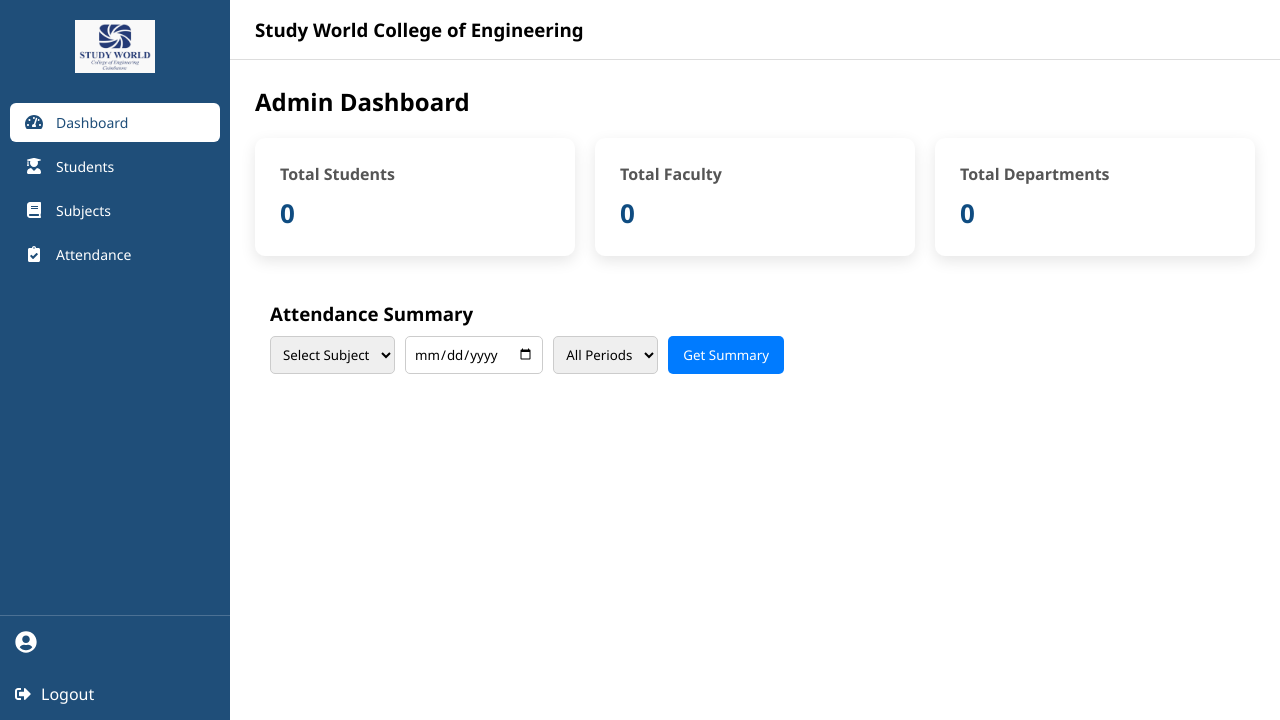
Repository: arthanarieswara/frontend
Page: /dashboard
The author's editor kept a copy of each file at every save. The page is drawn from the files as they stood at one save, then again after the next save.
The browser window is 1280 px wide. The pictures show the whole page.
The page's requests for data from a server got no answer. The project was rebuilt for these pictures with package versions that can differ from the ones it lists, and the page was loaded fresh each time. No one was signed in, and anything a server would have sent is missing. Also part of the build but not shown: vite.config.js, src/pages/auth/Login.jsx, src/pages/departments/Departments.css, src/pages/departments/Departments.jsx, src/pages/students/Students.css, src/pages/students/Students.jsx, src/pages/faculty/Faculty.css, src/pages/faculty/Faculty.jsx and 8 more.

Above is the page before, as saved 2026-03-30 14:28:20.

### index.html
<!doctype html>
<html lang="en">
  <head>
    <meta charset="UTF-8" />
    <link rel="icon" type="image/svg+xml" href="/college-logo.png" />
    <meta name="viewport" content="width=device-width, initial-scale=1.0" />
    <title>SWCE</title>
  </head>
  <body>
    <div id="root"></div>
    <script type="module" src="/src/main.jsx"></script>
  </body>
</html>

### src/App.jsx
import AppRoutes from "./routes/AppRoutes";

function App() {
  return <AppRoutes />;
}

export default App;

### src/routes/AppRoutes.jsx
import { BrowserRouter, Routes, Route } from "react-router-dom";

import Login from "../pages/auth/Login";
import Dashboard from "../pages/dashboard/Dashboard";
import Departments from "../pages/departments/Departments";
import Students from "../pages/students/Students";
import Faculty from "../pages/faculty/Faculty";
import Subjects from "../pages/Subjects/Subjects";
import Attendance from "../pages/Attendance/Attendance";
import Users from "../pages/users/Users";
import UserMapping from "../pages/UserMapping/UserMapping"; // ✅ NEW
function AppRoutes() {
  return (
    <BrowserRouter>
      <Routes>
        <Route path="/" element={<Login />} />
        <Route path="/dashboard" element={<Dashboard />} />
        <Route path="/departments" element={<Departments />} />
        <Route path="/students" element={<Students />} />
        <Route path="/faculty" element={<Faculty />} />
        <Route path="/subjects" element={<Subjects />} />
        <Route path="/attendance" element={<Attendance />} />
        <Route path="/users" element={<Users />} />

        {/* ✅ NEW ROUTE */}
        <Route path="/mapping" element={<UserMapping />} />
      </Routes>
    </BrowserRouter>
  );
}

export default AppRoutes;

### src/pages/dashboard/Dashboard.jsx
import { useEffect, useState } from "react";
import Layout from "../../components/Layout";
import api from "../../api/api";
import "./Dashboard.css";

function Dashboard() {
  const [data, setData] = useState({
    students: 0,
    faculty: 0,
    departments: 0,
  });

  const [subjects, setSubjects] = useState([]);
  const [subject, setSubject] = useState("");
  const [date, setDate] = useState("");
  const [period, setPeriod] = useState("");

  const [attendanceSummary, setAttendanceSummary] = useState(null);
  const [summaryType, setSummaryType] = useState("");

  /* ================= INIT ================= */

  useEffect(() => {
    fetchDashboard();
    fetchSubjects();
  }, []);

  const fetchDashboard = async () => {
    try {
      const res = await api.get("/dashboard/admin");
      setData(res.data);
    } catch (err) {
      console.log(err);
    }
  };

  const fetchSubjects = async () => {
    try {
      const res = await api.get("/subjects");
      setSubjects(res.data || []);
    } catch (err) {
      console.log(err);
    }
  };

  /* ================= FETCH SUMMARY ================= */

  const getAttendanceSummary = async () => {
    if (!subject || !date) {
      alert("Select subject and date");
      return;
    }

    try {
      let url = `/attendance/summary?subject_id=${subject}&date=${date}`;

      if (period) {
        url += `&period=${period}`;
      }

      const res = await api.get(url);

      setAttendanceSummary(res.data);
      setSummaryType(res.data.type);
    } catch (err) {
      console.error(err);
      alert("Failed to fetch attendance summary");
    }
  };

  return (
    <Layout>
      <div className="dashboard">
        <h2>Admin Dashboard</h2>

        {/* ================= MAIN CARDS ================= */}
        <div className="cards">
          <div className="card">
            <h3>Total Students</h3>
            <p>{data.students}</p>
          </div>

          <div className="card">
            <h3>Total Faculty</h3>
            <p>{data.faculty}</p>
          </div>

          <div className="card">
            <h3>Total Departments</h3>
            <p>{data.departments}</p>
          </div>
        </div>

        {/* ================= ATTENDANCE FILTER ================= */}
        <div className="attendance-filter-section">
          <h3>Attendance Summary</h3>

          <div className="filters">
            {/* SUBJECT */}
            <select
              value={subject}
              onChange={(e) => setSubject(e.target.value)}
            >
              <option value="">Select Subject</option>
              {subjects.map((s) => (
                <option key={s.id} value={s.id}>
                  {s.name}
                </option>
              ))}
            </select>

            {/* DATE */}
            <input
              type="date"
              value={date}
              onChange={(e) => setDate(e.target.value)}
            />

            {/* PERIOD */}
            <select value={period} onChange={(e) => setPeriod(e.target.value)}>
              <option value="">All Periods</option>
              {[1, 2, 3, 4, 5, 6, 7, 8].map((p) => (
                <option key={p} value={p}>
                  Period {p}
                </option>
              ))}
            </select>

            <button onClick={getAttendanceSummary}>Get Summary</button>
          </div>
        </div>

        {/* ================= SINGLE PERIOD RESULT ================= */}
        {attendanceSummary && summaryType === "single" && (
          <div className="cards">
            <div className="card">
              <h3>Present</h3>
              <p>{attendanceSummary.data.present_count}</p>
            </div>

            <div className="card">
              <h3>Absent</h3>
              <p>{attendanceSummary.data.absent_count}</p>
            </div>

            <div className="card">
              <h3>Total</h3>
              <p>{attendanceSummary.data.total_students}</p>
            </div>
          </div>
        )}

        {/* ================= ALL PERIOD RESULT ================= */}
        {attendanceSummary && summaryType === "all" && (
          <>
            {/* PERIOD TABLE */}
            <table className="attendance-table">
              <thead>
                <tr>
                  <th>Period</th>
                  <th>Present</th>
                  <th>Absent</th>
                  <th>Total</th>
                </tr>
              </thead>

              <tbody>
                {attendanceSummary.periods.map((p) => (
                  <tr key={p.period}>
                    <td>Period {p.period}</td>
                    <td>{p.present_count}</td>
                    <td>{p.absent_count}</td>
                    <td>{p.total_students}</td>
                  </tr>
                ))}
              </tbody>
            </table>

            {/* TOTAL CARDS */}
            <div className="cards">
              <div className="card">
                <h3>Total Present</h3>
                <p>{attendanceSummary.total.present_count}</p>
              </div>

              <div className="card">
                <h3>Total Absent</h3>
                <p>{attendanceSummary.total.absent_count}</p>
              </div>

              <div className="card">
                <h3>Total Students</h3>
                <p>{attendanceSummary.total.total_students}</p>
              </div>
            </div>
          </>
        )}
      </div>
    </Layout>
  );
}

export default Dashboard;

### src/api/api.js
import axios from "axios";

const api = axios.create({
  baseURL: "http://localhost:5000/api",
});

/* ✅ Attach token automatically */
api.interceptors.request.use((config) => {
  const token = localStorage.getItem("token");

  if (token) {
    config.headers.Authorization = `Bearer ${token}`;
  }

  return config;
});

export default api;

### src/pages/auth/Login.css
*{
  margin:0;
  padding:0;
  box-sizing:border-box;
  font-family:"Segoe UI",sans-serif;
}

/* ANIMATED BACKGROUND */

.login-wrapper{
  height:100vh;
  display:flex;
  justify-content:center;
  align-items:center;
  background:linear-gradient(270deg,#0f4c81,#3a8bfd,#1a6ed8);
  background-size:600% 600%;
  animation:gradientBG 10s ease infinite;
}

@keyframes gradientBG{
  0%{background-position:0% 50%}
  50%{background-position:100% 50%}
  100%{background-position:0% 50%}
}

/* LOGIN CARD */

.login-card{
  width:420px;
  padding:40px;
  border-radius:12px;
  background:rgba(255,255,255,0.15);
  backdrop-filter:blur(15px);
  box-shadow:0 15px 40px rgba(0,0,0,0.3);
  text-align:center;
  color:white;
}

/* COLLEGE HEADER */

.college-logo{
  width:70px;
  margin-bottom:10px;
}

.college-header h1{
  font-size:20px;
  margin-bottom:5px;
}

.college-header p{
 font-size:13px;
  opacity:0.9;
}

.college-header span{
  font-size:12px;
  opacity:0.8;
}

.college-header{
  margin-bottom:30px;
}

/* INPUT GROUP */

.input-group{

  position:relative;
  margin-bottom:20px;
}

.input-group input{
  width:100%;
  padding:12px;
  border:none;
  border-radius:6px;
  outline:none;
  font-size:14px;
}

/* FLOATING LABEL */

.input-group label{
  position:absolute;
  left:12px;
  top:50%;
  transform:translateY(-50%);
  color:#000000;
  font-size:14px;
  pointer-events:none;
  transition:0.3s;
}

.input-group input:focus + label,
.input-group input:not(:placeholder-shown) + label{
  top:-8px;
  /* background:white; */
  padding:0 5px;
  font-size:15px;
  color:white;
}

/* PASSWORD ICON */

.password-group{
 position:relative;
}

.eye-icon{
  position:absolute;
  right:10px;
  top:50%;
  transform:translateY(-50%);
  cursor:pointer;
  color:#444;
}

/* BUTTON */

.login-btn{
  width:100%;
  padding:12px;
  border:none;
  border-radius:6px;
  background:white;
  color:#0f4c81;
  font-size:16px;
  font-weight:bold;
  cursor:pointer;
  transition:all 0.3s;
}

.login-btn:hover{
  transform:translateY(-2px);
  box-shadow:0 5px 15px rgba(0,0,0,0.3);
}

### src/components/Layout.jsx
import { useState } from "react";
import Sidebar from "./Sidebar";
import Navbar from "./Navbar";

function Layout({ children }) {

  const [collapsed,setCollapsed] = useState(false);

  return (

    <div style={{display:"flex"}}>

      <Sidebar collapsed={collapsed} />

      <div style={{flex:1}}>

        <Navbar toggleSidebar={()=>setCollapsed(!collapsed)} />

        <div style={{padding:"25px"}}>
          {children}
        </div>

      </div>

    </div>

  );

}

export default Layout;

### src/pages/dashboard/Dashboard.css
.dashboard h2 {
  margin-bottom: 20px;
}

.cards {
  display: grid;

  grid-template-columns: repeat(auto-fit, minmax(220px, 1fr));

  gap: 20px;
}

.card {
  background: white;

  padding: 25px;

  border-radius: 10px;

  box-shadow: 0 5px 15px rgba(0, 0, 0, 0.1);

  transition: 0.3s;
}

.card:hover {
  transform: translateY(-5px);
}

.card h3 {
  font-size: 16px;

  margin-bottom: 10px;

  color: #555;
}

.card p {
  font-size: 26px;

  font-weight: bold;

  color: #0f4c81;
}

/* Attendance Filter Section */
.attendance-filter-section {
  margin-top: 30px;
  background: #fff;
  padding: 15px;
  border-radius: 8px;
}

.filters {
  display: flex;
  gap: 10px;
  margin-top: 10px;
}

.filters select,
.filters input {
  padding: 8px;
  border: 1px solid #ccc;
  border-radius: 5px;
}

.filters button {
  background: #007bff;
  color: white;
  border: none;
  padding: 8px 15px;
  border-radius: 5px;
  cursor: pointer;
}

.filters button:hover {
  background: #0056b3;
}

/* Attendance Table */.attendance-table {
  width: 100%;
  border-collapse: collapse;
  margin-top: 20px;
}

.attendance-table th,
.attendance-table td {
  border: 1px solid #ddd;
  padding: 10px;
  text-align: center;
}

.attendance-table th {
  background-color: #2c3e50;
  color: white;
}

### src/components/Sidebar.jsx
import { NavLink, useNavigate } from "react-router-dom";
import {
  FaTachometerAlt,
  FaUniversity,
  FaUserGraduate,
  FaChalkboardTeacher,
  FaBook,
  FaClipboardCheck,
  FaSignOutAlt,
  FaUserCircle,
  FaUsers,
  FaProjectDiagram,
} from "react-icons/fa";

import "./Sidebar.css";

function Sidebar({ collapsed }) {
  const navigate = useNavigate();

  const user = JSON.parse(localStorage.getItem("user"));
  const role = user?.role;

  const handleLogout = () => {
    localStorage.removeItem("token");
    localStorage.removeItem("user");
    navigate("/");
  };

  return (
    <div className="main-content">
      <div className={`sidebar ${collapsed ? "collapsed" : ""}`}>
        <div className="sidebar-header">
          <img src="/college-logo.png" className="sidebar-logo" />
        </div>

        <nav className="menu">
          {/* COMMON (ADMIN + FACULTY) */}
          <NavLink to="/dashboard" className="menu-item">
            <FaTachometerAlt />
            <span>Dashboard</span>
          </NavLink>

          <NavLink to="/students" className="menu-item">
            <FaUserGraduate />
            <span>Students</span>
          </NavLink>

          <NavLink to="/subjects" className="menu-item">
            <FaBook />
            <span>Subjects</span>
          </NavLink>

          <NavLink to="/attendance" className="menu-item">
            <FaClipboardCheck />
            <span>Attendance</span>
          </NavLink>

          {/* ADMIN ONLY */}
          {role === "Admin" && (
            <>
              <NavLink to="/departments" className="menu-item">
                <FaUniversity />
                <span>Departments</span>
              </NavLink>

              <NavLink to="/faculty" className="menu-item">
                <FaChalkboardTeacher />
                <span>Faculty</span>
              </NavLink>

              <NavLink to="/users" className="menu-item">
                <FaUsers />
                <span>Users</span>
              </NavLink>

              <NavLink to="/mapping" className="menu-item">
                <FaProjectDiagram />
                <span>Mapping</span>
              </NavLink>
            </>
          )}
        </nav>

        {/* PROFILE + LOGOUT */}

        <div className="bottom-section">
          <div className="profile">
            <FaUserCircle className="profile-icon" />
            <span>{role}</span>
          </div>

          <div className="logout" onClick={handleLogout}>
            <FaSignOutAlt />
            <span>Logout</span>
          </div>
        </div>
      </div>
    </div>
  );
}

export default Sidebar;

### src/components/Navbar.jsx
import { FaBars } from "react-icons/fa";
import "./Navbar.css";

function Navbar({ toggleSidebar }) {

    return (

        <div className="navbar">

            {/* <FaBars className="toggle-btn" onClick={toggleSidebar} /> */}

            <h3>Study World College of Engineering</h3>

        </div>

    )

}

export default Navbar;

### src/components/Sidebar.css
.sidebar {
  width: 230px;
  height: 100vh;
  background: #1f4e79;
  color: white;
  display: flex;
  flex-direction: column;
  justify-content: space-between;
  position: fixed;
  left: 0;
  top: 0;
}

/* HEADER */

.sidebar-header {
  display: flex;
  justify-content: center;
  align-items: center;
  padding: 20px 10px;
}

.sidebar-logo {
  width: 80px;
  object-fit: contain;
}

/* MENU */

.menu {
  display: flex;
  flex-direction: column;
  gap: 5px;
  padding: 10px;
}

/* MENU ITEM */

.menu-item {
  display: flex;
  align-items: center;
  gap: 12px;
  padding: 10px 14px;
  color: white;
  text-decoration: none;
  border-radius: 6px;
  transition: 0.3s;
  font-size: 14px;
}

.menu-item svg {
  font-size: 16px;
  min-width: 20px;
}

.menu-item:hover {
  background: rgba(255, 255, 255, 0.15);
}

.menu-item.active {
  background: white;
  color: #1f4e79;
}

/* PUSH BOTTOM SECTION DOWN */

.bottom-section {
  margin-top: auto;
}

/* PROFILE */

.profile {
  display: flex;
  align-items: center;
  gap: 10px;
  padding: 15px;
  border-top: 1px solid rgba(255, 255, 255, 0.2);
}

.profile-icon {
  font-size: 22px;
}

/* LOGOUT */

.logout {
  display: flex;
  align-items: center;
  gap: 10px;
  padding: 15px;
  cursor: pointer;
  transition: 0.3s;
}

.logout:hover {
  background: rgba(255, 0, 0, 0.2);
}

.main-content {
  margin-left: 190px; /* SAME AS SIDEBAR WIDTH */
  padding: 20px;
}

### src/components/Navbar.css
.navbar{
  height:60px;
  background:white;
  border-bottom:1px solid #ddd;
  display:flex;
  align-items:center;
  padding:0 25px;
}

Loaded but not shown: src/main.jsx (common file)

After the next save:
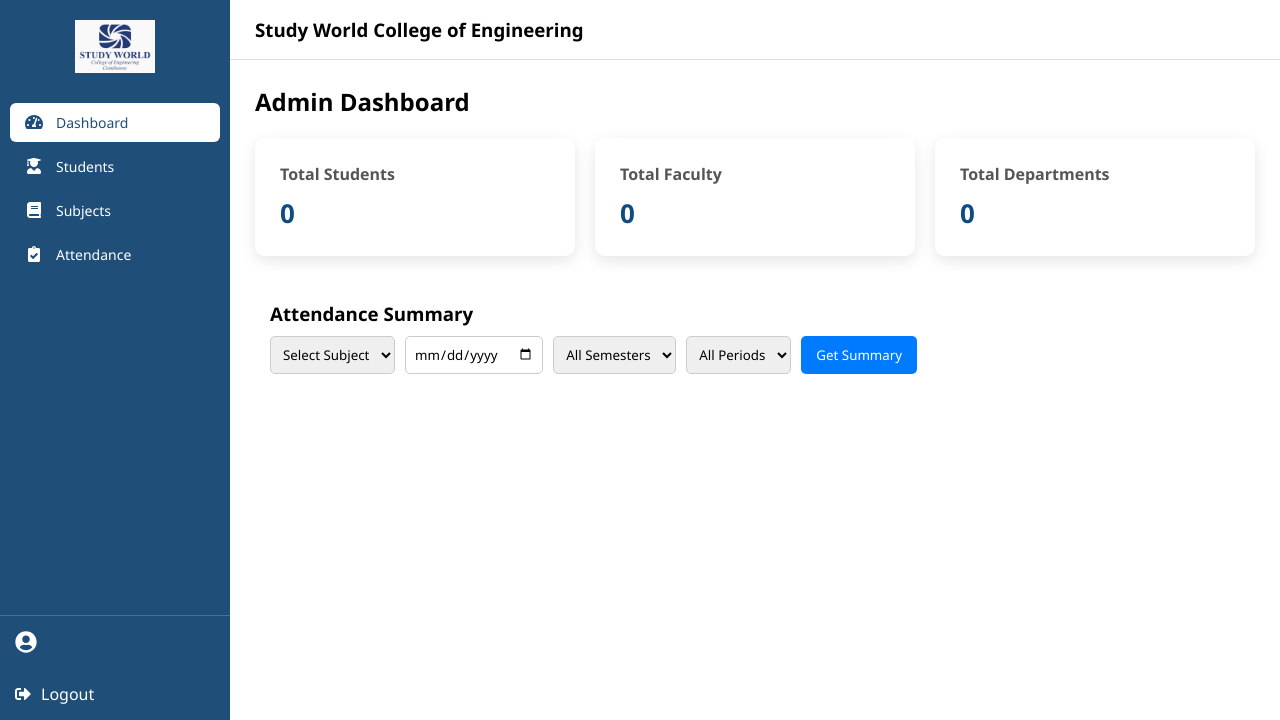
Saved 37 min 16 s later.
--- a/src/pages/dashboard/Dashboard.jsx
+++ b/src/pages/dashboard/Dashboard.jsx
@@ -14,6 +14,7 @@ function Dashboard() {
   const [subject, setSubject] = useState("");
   const [date, setDate] = useState("");
   const [period, setPeriod] = useState("");
+  const [semester, setSemester] = useState(""); // ✅ NEW
 
   const [attendanceSummary, setAttendanceSummary] = useState(null);
   const [summaryType, setSummaryType] = useState("");
@@ -56,6 +57,11 @@ function Dashboard() {
 
       if (period) {
         url += `&period=${period}`;
+      }
+
+      // ✅ ADD SEMESTER
+      if (semester) {
+        url += `&semester=${semester}`;
       }
 
       const res = await api.get(url);
@@ -116,6 +122,19 @@ function Dashboard() {
               onChange={(e) => setDate(e.target.value)}
             />
 
+            {/* ✅ SEMESTER (NEW 🔥) */}
+            <select
+              value={semester}
+              onChange={(e) => setSemester(e.target.value)}
+            >
+              <option value="">All Semesters</option>
+              {[1, 2, 3, 4, 5, 6, 7, 8].map((sem) => (
+                <option key={sem} value={sem}>
+                  Semester {sem}
+                </option>
+              ))}
+            </select>
+
             {/* PERIOD */}
             <select value={period} onChange={(e) => setPeriod(e.target.value)}>
               <option value="">All Periods</option>
@@ -153,7 +172,6 @@ function Dashboard() {
         {/* ================= ALL PERIOD RESULT ================= */}
         {attendanceSummary && summaryType === "all" && (
           <>
-            {/* PERIOD TABLE */}
             <table className="attendance-table">
               <thead>
                 <tr>
@@ -176,7 +194,6 @@ function Dashboard() {
               </tbody>
             </table>
 
-            {/* TOTAL CARDS */}
             <div className="cards">
               <div className="card">
                 <h3>Total Present</h3>
